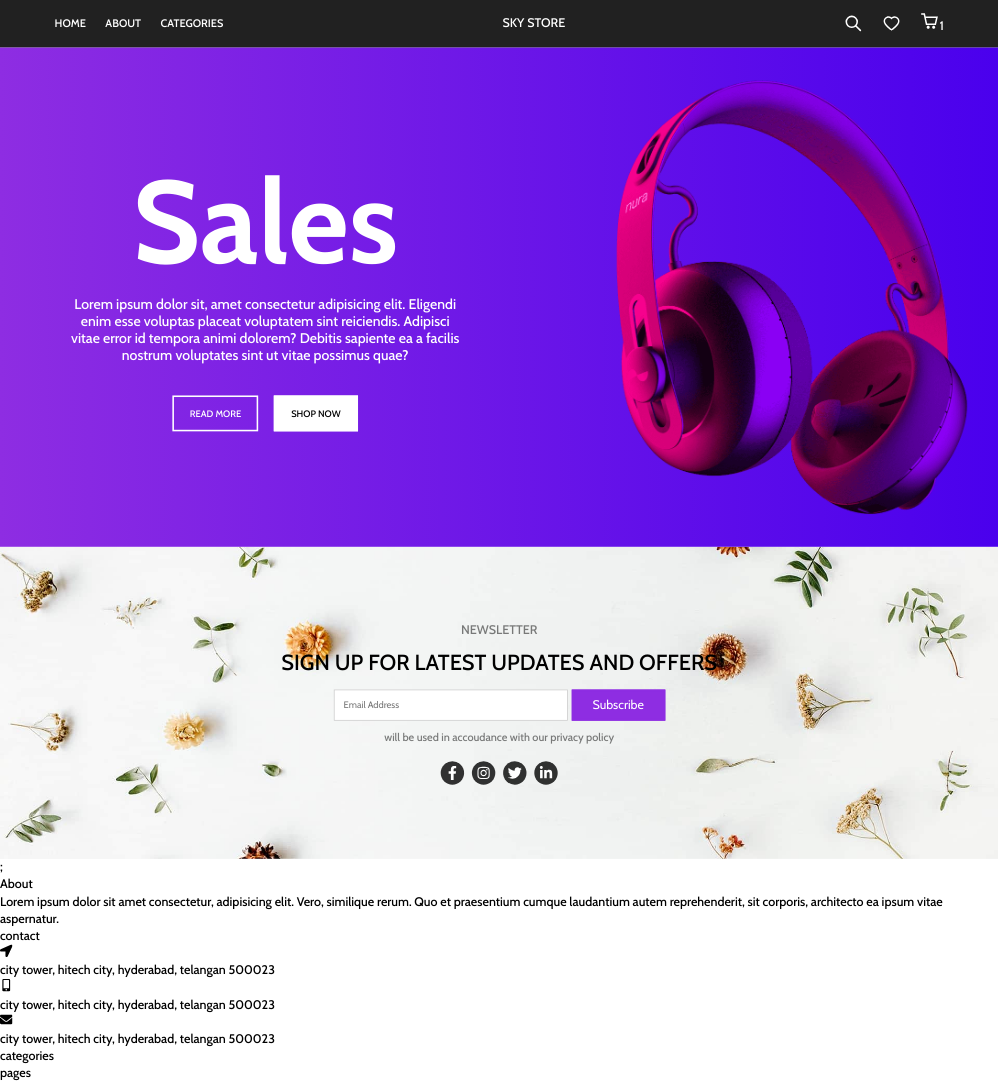
Repository: suraj-yadav7/ecommerce
Page: /
These files come from the project's save history. The page is drawn as it stood at one moment and after the next save; the edit follows.
The browser window is 1280 px wide. The pictures show the whole page, at 78% of full size.
The project was rebuilt for these pictures with package versions that can differ from the ones it lists, and the page was loaded fresh each time. Also part of the build but not shown: src/components/Home/Home.scss, src/components/Category/Category.scss, src/components/Category/Category.jsx, src/components/SingleProduct/SingleProduct.scss, src/components/SingleProduct/SingleProduct.jsx, src/App.scss, src/components/Header/Search/Search.scss, src/components/Header/Search/Search.jsx and 3 more.

Above is the page before, as saved 2023-06-19 10:51:38.

### src/index.jsx
import React from 'react';
import ReactDOM from 'react-dom/client';
import './index.scss';
import App from './App';
import { Provider } from 'react-redux';
import store from './store/store';

const root = ReactDOM.createRoot(document.getElementById('root'));
root.render(
<Provider store={store}>
    <App />
</Provider>
);

### src/App.jsx
import React from 'react';
import { BrowserRouter as Router, Routes, Route } from 'react-router-dom';
import Home from "./components/Home/Home"
import Category from "./components/Category/Category"
import SingleProduct from "./components/SingleProduct/SingleProduct"
import './App.scss';
import Header from './components/Header/Header';
import Footer from './components/Footer/Footer';
import Newsletter from './components/Footer/Newsletter/Newsletter';

function App() {
  return (
   <>
   <Router>
    <Header/>
    <Routes>
        <Route exact path="/" element={<Home/>} />
        <Route exact path="/category/:id" element={<Category/>} />
        <Route exact path="/product/:id" element={<SingleProduct/>} />
    </Routes>
    <Newsletter/>
    <Footer />
   </Router>
   </>
  );
}

export default App;

### src/store/store.jsx
import { configureStore } from "@reduxjs/toolkit";
import productSlice from "./slices/productSlice";


const store = configureStore({
    reducer:{
        product:productSlice
    }
})

export default store;

### src/components/Home/Home.jsx
import { useDispatch, useSelector } from "react-redux";
import "./Home.scss";
import { addElement } from "../../store/slices/productSlice";
import Banner from "./Banner/Banner";


const Home = () => {
    const dispatch = useDispatch()
    const data = useSelector((state)=> state.product.data)
    return(
     <>
        <div className="home">
            <Banner />
        </div>
     </>

    )
};

export default Home;

### src/components/Header/Header.jsx
import "./Header.scss";
import Search from "./Search/Search"
import Cart from "../Cart/Cart"
import { TbSearch } from "react-icons/tb"
import { CgShoppingCart } from "react-icons/cg"
import { AiOutlineHeart } from "react-icons/ai"
import "./Header.scss"
import { useEffect, useState } from "react";

const Header = () => {
    const [scrollVal, setScrollVal] = useState(false)
    const handleScroll = ()=>{
        const offset = window.scrollY;
        console.log(offset)
        if(offset > 200){
            setScrollVal(true)
        }
        else{
            setScrollVal(false)
        }
    }
    useEffect(()=>{
        window.addEventListener("scroll", handleScroll)
    },[])

    return (
        <>
            <header className={`main-header ${scrollVal? "sticky-header":""}`}>
                <div className="header-content">
                    <ul className="left" >
                        <li>Home</li>
                        <li>About</li>
                        <li>Categories</li>
                    </ul>
                    <div className="center"> SKY STORE</div>
                    <div className="right">
                        <TbSearch />
                        <AiOutlineHeart />
                        <span className="cart-icon">
                            <CgShoppingCart />1
                        </span>
                    </div>
                </div >
            </header >
        </>
    )
};

export default Header;

### src/components/Footer/Footer.jsx
import React from "react";
import "./Footer.scss";
import { FaLocationArrow, FaMobileAlt, FaEnvelope } from "react-icons/fa";
import Payment from "../../assets/payments.png";
const Footer = () => {
    return (
        <footer className="footer">
            <div className="footer-content">
                <div className="col">
                    <div className="title" > About</div>
                    <div className="text">Lorem ipsum dolor sit amet consectetur, adipisicing elit. Vero, similique rerum. Quo et praesentium cumque laudantium autem reprehenderit, sit corporis, architecto ea ipsum vitae aspernatur. </div>
                </div>
                <div className="col">
                    <div className="title" > contact</div>
                    <div className="c-item">
                        <FaLocationArrow />
                        <div className="text">city tower, hitech city, hyderabad, telangan 500023</div>
                    </div>
                    <div className="c-item">
                        <FaMobileAlt />
                        <div className="text">city tower, hitech city, hyderabad, telangan 500023</div>
                    </div>
                    <div className="c-item">
                        <FaEnvelope />
                        <div className="text">city tower, hitech city, hyderabad, telangan 500023</div>
                    </div>

                </div>
                <div className="col">
                    <div className="title" > categories</div>
                </div>
                <div className="col">
                    <div className="title" > pages</div>
                </div>
            </div>
        </footer>
    )
};
export default Footer;

### src/components/Footer/Newsletter/Newsletter.jsx
import React from "react";
import {
    FaFacebookF,
    FaTwitter,
    FaInstagram,
    FaLinkedinIn,
} from "react-icons/fa";
import "./Newsletter.scss"

const Newsletter = () => {
    return (
    <>
        <div className="newsletter-section">
            <div className="newsletter-content">
                <span className="small-text" >Newsletter</span>
                <span className="big-text"> Sign up for latest updates and offers</span>
                <div className="form">
                    <input type="text" placeholder="Email Address" />
                    <button className="btn-sub">Subscribe</button>
                </div>
                <div className="text">will be used in accoudance with our privacy policy </div>
                <div className="social-icons">
                    <div className="icon">
                        <FaFacebookF size={18} />
                    </div>
                    <div className="icon">
                        <FaInstagram size={18} />
                    </div>
                    <div className="icon">
                        <FaTwitter size={18} />
                    </div>
                    <div className="icon">
                        <FaLinkedinIn size={18} />
                    </div>

                </div>
            </div>
        </div>;
    </>
    )
};
export default Newsletter;

### src/store/slices/productSlice.jsx
import { createSlice } from "@reduxjs/toolkit";

const productSlice = createSlice({
    name:"productSlice",
    initialState:{
        data:["lg", "sansung", "onida"],
        loading:false,
        error:null
    },

    reducers:{
        addElement:(state, action)=>{
            state.data.push(action.payload)
        },

    },

    extraReducers:{

    }


})

export default productSlice.reducer

export const {addElement}= productSlice.actions;

### src/components/Home/Banner/Banner.jsx
import "./Banner.scss";
import BannerImg from '../../../assets/banner-img.png'
const Banner = () => {
    return(
        <>
        <div className="hero-banner">
            <div className="content">
                <div className="text-content">
                    <h1>Sales</h1>
                    <p>Lorem ipsum dolor sit, amet consectetur adipisicing elit. Eligendi enim esse voluptas placeat voluptatem sint reiciendis. Adipisci vitae error id tempora animi dolorem? Debitis sapiente ea a facilis nostrum voluptates sint ut vitae possimus quae?</p>
                    <div className="ctas">
                        <div className="banner-cta">Read More</div>
                        <div className="banner-cta v2">Shop now</div>
                    </div>
                </div>
                <img src={BannerImg}className="banner-img" alt="banner-img"></img>
            </div>

        </div>

        </>
)
};

export default Banner;

### src/components/Header/Header.scss
@import "../../css-config/mixins.scss";

.main-header {
    width: 100%;
    padding: 0 20px;
    background-color: #212121;
    color: white;
    border-bottom: 1px solid rgba(0, 0, 0, 0.1);
    z-index: 99;
    @include md {
        padding: 0 40px;
    }

    .header-content {
        display: flex;
        justify-content: space-between;
        align-items: center;
        height: 50px;
        max-width: 95%;
        margin: 0 auto;

        @include md {
            height: 60px;
        }

        .left {
            list-style-type: none;
            display: none;
            gap: 25px;

            @include md {
                display: flex;
            }

            li {
                font-size: 14px;
                font-weight: 600;
                text-transform: uppercase;
                cursor: pointer;
            }
        }

        •center {
            font-size: 22px;
            font-weight: 700;
            cursor: pointer;

            @include md {
                font-size: 33px;
                position: absolute;
                left: 50%;
                transform: translateX(-50%);
            }
        }

        .right {
            display: flex;
            align-items: center;
            gap: 20px;

            @include md {
                gap: 25px;
            }

            svg {
                font-size: 20px;
                cursor: pointer;

                @include md {
                    font-size: 24px;
                }
            }

            .cart-icon {
                position: relative;

                span {
                    min-width: 20px;
                    text-align: center;
                    background-color: #8e2de2;
                    padding: 2.5px;
                    position: absolute;
                    top: -5px;
                    right: -12px;
                    font-size: 12px;
                    line-height: 1;
                    border-radius: 10px;

                }
            }
        }

    }

    &.sticky-header{
        position: sticky;
        top:0;
        transform: translateY(-60);
        animation: stickyHeader 0.3s ease forwards;
    }
}

@keyframes stickyHeader{
    0%{
        transform: translateY(-60px);
    }
    100%{
        transform: translateY(0);
    }
}

### src/components/Footer/Newsletter/Newsletter.scss
@import "../../../css-config/mixins.scss";

.newsletter-section {
    width: 100%;
    height: 400px;
    display: flex;
    align-items: center;
    background: #f9f9f9 url("../../../assets/newsletter-bg.jpeg");
    background-position: center;
    background-repeat: no-repeat;
    background-size: cover;

    .newsletter-content {
        width: fit-content;
        display: flex;
        flex-direction: column;
        align-items: center;
        margin: 0 auto;
        text-align: center;

        .small-text {
            margin-bottom: 15px;
            text-transform: uppercase;
            color: rgba(0, 0, 0, 0.5);
        }

        .big-text {
            margin-bottom: 20px;
            font-size: 22px;
            line-height: 30px;
            font-weight: 500;
            text-transform: uppercase;
            padding: 0 30px;

            @include md {
                font-size: 28px;
            }
        }

        .form {
            display: flex;
            gap: 05px;
            margin-bottom: 10px;

            .btn-sub {
                outline: 0;
                border: 0;
                height: 40px;
                width: 100px;
                display: flex;
                align-items: center;
                justify-content: center;
                cursor: pointer;
                font-size: 16px;
                color: white;
                background-color: #8e2de2;
                border: 3px solid #8e2de2;

                @include md {
                    width: 120px;
                }
            }

            input {
                width: 200px;
                height: 40px;
                border-radius: 0;
                border: 1px solid rgba(0, 0, 0, 0.2);
                padding: 0 12px;
                font-size: 12px;
                outline: none;

                @include md {
                    width: 300px;
                }

            }


        }

        .text {
            margin-bottom: 20px;
            font-size: 14px;
            color: rgb(0, 0, 0, 0.5);
        }

        .social-icons {
            display: flex;
            gap: 10px;
            .icon {
                width: 30px;
                height: 30px;
                background-color: rgba(0, 0, 0, 0.8);
                border-radius: 50%;
                color: white;
                display: flex;
                justify-content: center;
                align-items: center;
            }
        }

        }
    }

### src/components/Home/Banner/Banner.scss
@import "../../../css-config/mixins.scss";

.hero-banner {
    padding: 40px 0;
    position: relative;
    background-image: linear-gradient(to right, #8e2de2, #4a00ed);
    @include md {
    height: calc(100vh - 80px) ;
    }
    .content{
    height: 100%;
    display: flex;
    justify-content: flex-end;
    align-items: center;
    flex-direction: column-reverse;
    max-width: calc(100% - 20px);
    margin: 0 auto;
    position: relative;
    @include md {
    flex-direction: row;
    max-width: 1200px;
    }
    .banner-img {
        position: relative;
        z-index: 9;
        width: 200px;
        margin-bottom: 20px;
        @include md{
            width: 450px;
            margin-right: 0px;
            margin-top: 0px;
            margin-bottom: 0;
        }
        @include xxl {
        width: 600px;
        margin-right: 0;
        margin-top: 0;
    }
    }
    .text-content {
        color: white;
        text-align: center;
        display: flex;
        flex-direction: column;
        align-items: center;
        @include md {
        position: absolute;
        left: 50px;
        top: 50%;
        transform: translateY(-50%) ;
        }
        @include xxl {
        left: 0;
        }
        h1{
            font-size: 80px;
            font-weight: 700;
            line-height: 1;
            margin-bottom: 20px;
            @include md{
                font-size: 150px;
            }
        }

        p{
            max-width: 300px;
            font-size: 14px;
            list-style: 20px;
            margin-bottom: 20px;
            @include md{
                max-width: 500px;
                font-size: 18px;
                line-height: 22px;
                margin-bottom: 40px;
            }
        }
        .ctas{
            display: flex;
            justify-content: center;
            gap: 20px;
            .banner-cta{
                text-transform: uppercase;
                font-size: 12px;
                font-weight: 500;
                width: fit-content;
                border: 2px solid white;
                padding: 10px 20px;
                cursor: pointer;
                &.v2{
                    background-color: white;
                    color: black;

                }
                &:hover{
                    opacity: 0.6;
                }
            }
        }
     }
    }
 }

Loaded but not shown: public/index.html (common file); src/index.scss (common file); src/css-config/mixins.scss (common file)

After the next save:
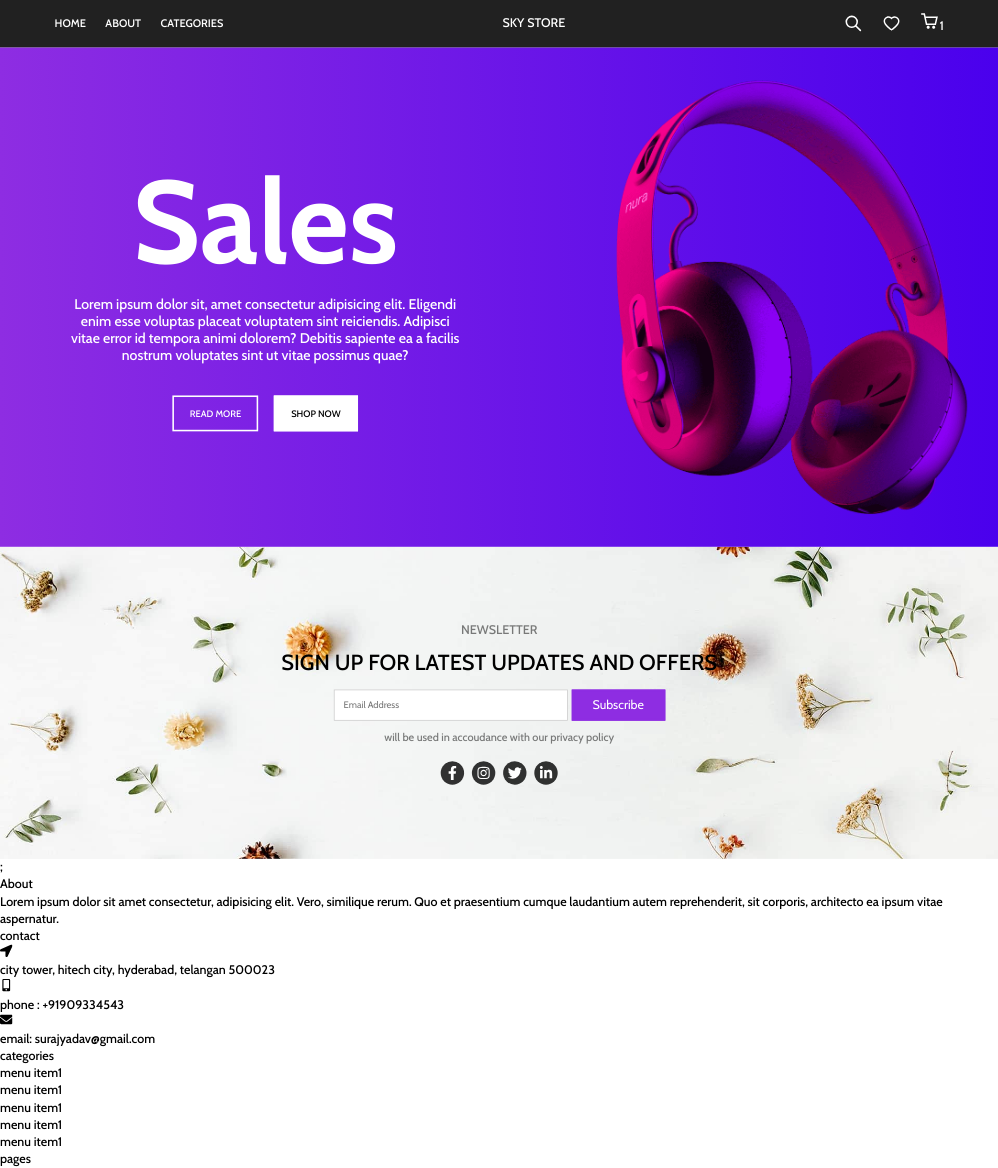
Saved 102 s later.
--- a/src/components/Footer/Footer.jsx
+++ b/src/components/Footer/Footer.jsx
@@ -18,16 +18,21 @@
                     </div>
                     <div className="c-item">
                         <FaMobileAlt />
-                        <div className="text">city tower, hitech city, hyderabad, telangan 500023</div>
+                        <div className="text">phone : +91909334543</div>
                     </div>
                     <div className="c-item">
                         <FaEnvelope />
-                        <div className="text">city tower, hitech city, hyderabad, telangan 500023</div>
+                        <div className="text">email: surajyadav@gmail.com</div>
                     </div>
 
                 </div>
                 <div className="col">
                     <div className="title" > categories</div>
+                    <div className="text">menu item1</div>
+                    <div className="text">menu item1</div>
+                    <div className="text">menu item1</div>
+                    <div className="text">menu item1</div>
+                    <div className="text">menu item1</div>
                 </div>
                 <div className="col">
                     <div className="title" > pages</div>
